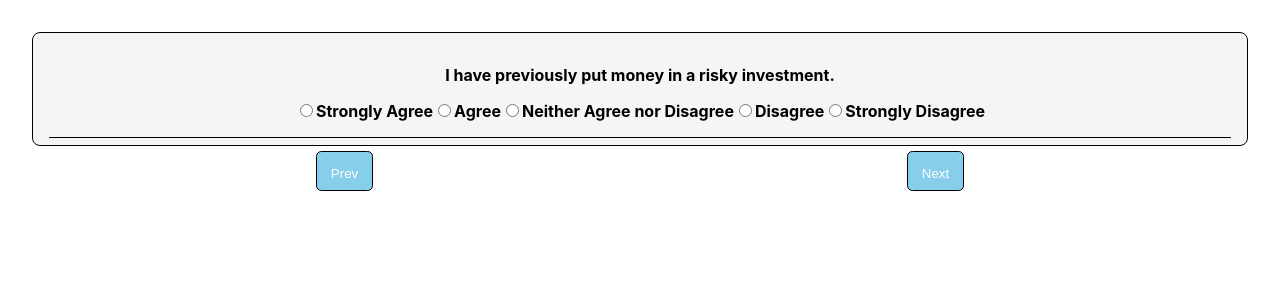
Repository: TheRungtaLibrary/survey
Page: /steps/1
These files come from the project's save history. The page is drawn as it stood at one moment and after the next save; the edit follows.
The browser window is 1280 px wide. The pictures show the whole page.
The project was rebuilt for these pictures with package versions that can differ from the ones it lists, and the page was loaded fresh each time. Also part of the build but not shown: src/components/Steps/Intro/Intro.js, src/components/Steps/Step2/Step2.js, src/components/Steps/Step3/Step3.js, src/components/Steps/Step4/Step4.js, src/components/Steps/Summary/Summary.scss, src/components/Steps/Summary/Summary.js.

Above is the page before, as saved 2020-06-15 17:14:39.

### src/App.js
import React from 'react';
import {
  BrowserRouter as Router,
  Switch,
  Route
} from "react-router-dom";
import "./App.scss";
import {SurveyProvider} from "./contexts/SurveyContext";
import Steps from "./components/Steps/Steps";


function App() {
  return (
    <div className="app">
      <Router>
        <Switch>
          <Route path="/">
            <SurveyProvider>
              <Steps />
            </SurveyProvider>
          </Route>
        </Switch>
      </Router>
    </div>
  );

}

export default App;

### src/App.scss
.App {
  text-align: center;
}
.panel {
  background-color: hsl(0, 0%, 95%);
  border-radius: .5rem;
  border: solid 1px black;
  padding: 2rem;
  margin: 2rem;
  background: #f5f5f5;
  font-weight: bold;
  align-items: center;
}

.input-container{
  flex-grow:1;
  padding: 1rem;
  text-align: center;
  flex-direction: column;
  height: auto;
}

.input-container input{
  padding: .5rem .75rem;
  border: solid 1px black;
  border-radius: .15rem;
  text-align: center;
}

.nav-footer {
width: 100%;
display: flex;
border-top: solid 1px black;
margin-top: 1em;
div {
  width: 50%;
}
}

button {
width: auto;
height: 3em;
padding: 1em;
margin-top: 1em;
color: white;
background: skyblue;
border: solid 1px #000;
border-radius: 0.4em;
box-shadow: none;
&:hover {
  color: skyblue;
  background: white;
}
}

ul {
text-align: center;
list-style: none;
color: blue;
& li {
  margin-top: 1em;
}
}

@media screen and (max-width: 580px) and (min-width: 375px) {
  .input-container {
   display: flex;
   flex-flow: column nowrap;
   justify-content: space-around;
   align-items: center;
}
}

.App-link {
  color: #61dafb;
}

@keyframes App-logo-spin {
  from {
    transform: rotate(0deg);
  }
  to {
    transform: rotate(360deg);
  }
}

### src/contexts/SurveyContext.js
import React from "react";
const SurveyContext = React.createContext(null);
export const SurveyConsumer = SurveyContext.Consumer;

/**
 * Survey Context
 * @constructor
 */
export function SurveyProvider({children}) {
    const [info, setInfo] = React.useState([]);
    let [currentStep, setCurrentStep] = React.useState(-1);

    const setSurveyData = ([key,value])  => {
        const objIndex = info.findIndex(obj => {
            return obj[key] !== undefined;
        })

        if(objIndex > -1) {
            const updatedObj = { ...info[objIndex], [key]: value};
            setInfo([ ...info.slice(0, objIndex),updatedObj,...info.slice(objIndex + 1)]);
        }
        else {
            setInfo([...info, {[key]: value}]);
        }

        setCurrentStep(++currentStep);
    }

    const getSurveyData = () => {
        return info;
    };

    const decreaseSurveyStep = ()  => {
        setCurrentStep(--currentStep);
    }

    const increaseSurveyStep = () => {
        setCurrentStep(++currentStep);
    };

    const getCurrentStep = () => {
        return currentStep;
    };

    const resetCurrentStep = () => {
        setCurrentStep(-1);
        setInfo([]);
    };

    const getRiskLevels = async () => {
        const url = new URL('http://localhost:2000/risklevels');
        const response = await fetch(url);
        const jsonData = await response.json();

        return jsonData;
      }

    const surveyContextValue = {
        getSurveyData,
        setSurveyData,
        increaseSurveyStep,
        decreaseSurveyStep,
        getCurrentStep,
        currentStep,
        resetCurrentStep,
        getRiskLevels
    }

    return (
        <SurveyContext.Provider value={surveyContextValue}>
			{children}
		</SurveyContext.Provider>
    );
}

export default SurveyContext;

### src/components/Steps/Steps.js
import React from 'react';
import {BrowserRouter as Router, Route, Switch} from 'react-router-dom';
import Intro from './Intro/Intro';
import Step1 from './Step1/Step1';
import Step2 from './Step2/Step2';
import Step3 from './Step3/Step3';
import Step4 from './Step4/Step4';
import Summary from './Summary/Summary';

/**
* This is the functional component for Home
* @constructor
*/
function Steps(){

	return (
		<Router>
			<div>
                <Switch>
                    <Route exact path='/' component={Intro} />
                    <Route exact path='/intro' component={Intro} />
                    <Route exact path='/steps/1' component={Step1} />
                    <Route exact path="/steps/2" component={Step2} />
                    <Route exact path="/steps/3" component={Step3} />
                    <Route exact path="/steps/4" component={Step4} />
                    <Route exact path="/steps/5" component={Summary} />
                </Switch>
			</div>
		</Router>
	);
}

export default Steps;

### src/components/Steps/Step1/Step1.js
import React from 'react';
import {useHistory} from 'react-router-dom';
import './Step1.scss'
import SurveyContext from '../../../contexts/SurveyContext';

/**
 * Step1 component
 */
const Step1 = () => {
  const [q1, setQ1] = React.useState("");
  const surveyContext = React.useContext(SurveyContext);
  const history = useHistory();

  /**
   * Handler for form submit event
   */
  const onSubmit = () => {
    surveyContext.setSurveyData(['Q1',q1])
    history.push('/steps/2');
  }

  /**
   * Click Handler for Prev button
   */
  const onPrev = () => {
    surveyContext.decreaseSurveyStep();
    history.push("/steps/0");
  }

  /**
   * onChange Handler for input field
   * @param {Event} event
   */
  const handleOptionChange = (event) => {
    setQ1(event.target.value);
  }

    return (
      <form onSubmit={onSubmit} className="input-container panel">
        <p>
          <label>I have previously put money in a risky investment.</label></p>
        <div>
          <input
            type="radio"
            name="q1"
            value="2"
            onChange={handleOptionChange}
          />
          <label>Strongly Agree</label>

          <input
            type="radio"
            name="q1"
            value="1"
            onChange={handleOptionChange}
            />
          <label>Agree</label>

          <input
            type="radio"
            name="q1"
            value="0"
            onChange={handleOptionChange}
            />
          <label>Neither Agree nor Disagree</label>

          <input
            type="radio"
            name="q1"
            value="-1"
            onChange={handleOptionChange}
            />
          <label>Disagree</label>

          <input
            type="radio"
            name="q1"
            value="-2"
            onChange={handleOptionChange}
            />
          <label>Strongly Disagree</label>
        </div>
        <div className="nav-footer">
          <div>
            <button onClick={onPrev} disabled>Prev</button>
          </div>
          <div>
            <button type="submit" disabled={q1===""}>Next</button>
          </div>
        </div>
      </form>
    );
}

export default Step1;

### src/components/Steps/Intro/Intro.scss
.panel {
    background-color: hsl(0, 0%, 95%);
    border-radius: .5rem;
    border: solid 1px black;
    padding: 2rem;
    margin: 2rem;
    background: #f5f5f5;
    font-weight: bold;
    align-items: center;
  }

.input-container{
    flex-grow:1;
    padding: 1rem;
    text-align: center;
    flex-direction: column;
    height: auto;
}

.input-container input{
    padding: .5rem .75rem;
    border: solid 1px black;
    border-radius: .15rem;
    text-align: center;
}

.nav-footer {
  width: 100%;
  display: flex;
  border-top: solid 1px black;
  margin-top: 1em;
  div {
    width: 50%;
  }
}

button {
  width: auto;
  height: 3em;
  padding: 1em;
  margin-top: 1em;
  color: white;
  background: skyblue;
  border: solid 1px #000;
  border-radius: 0.4em;
  box-shadow: none;
  &:hover {
    color: skyblue;
    background: white;
  }
}

ul {
  text-align: center;
  list-style: none;
  color: blue;
  & li {
    margin-top: 1em;
  }
}

@media screen and (max-width: 580px) and (min-width: 375px) {
    .input-container {
     display: flex;
     flex-flow: column nowrap;
     justify-content: space-around;
     align-items: center;
  }
}

### src/components/Steps/Step1/Step1.scss
.panel {
    background-color: hsl(0, 0%, 95%);
    border-radius: .5rem;
    height: 5rem;
    border: solid 1px black;
    padding: 2rem;
    margin: 2rem;
    background: #f5f5f5;
    font-weight: bold;
    align-items: center;
  }

.input-container{
  display: flex;
  flex-direction: column;
  text-align: center;
}

.input-container input{
    padding: .5rem .75rem;
    border: solid 1px black;
    border-radius: .15rem;
    text-align: center;
}

.nav-footer {
  width: 100%;
  display: flex;
  border-top: solid 1px black;
  div {
    width: 50%;
  }
}

@media screen and (max-width: 580px) and (min-width: 375px) {
    .calculator-widget {
     display: flex;
     flex-flow: column nowrap;
     justify-content: space-around;
     align-items: center;
  }

  .panel{
    height: 10rem;
  }
}

### src/components/Steps/Step2/Step2.scss
.calculator-widget{
    display: flex;
    flex-direction: row nowrap;
}

.panel {
    background-color: hsl(0, 0%, 95%);
    border-radius: .5rem;
    height: 5rem;
    border: solid 1px black;
    padding: 2rem;
    margin: 2rem;
    background: #f5f5f5;
    font-weight: bold;
    align-items: center;
  }

.input-container{
    flex-grow:1;
    padding: 1rem;
    text-align: center;
}

.input-container input{
    padding: .5rem .75rem;
    border: solid 1px black;
    border-radius: .15rem;
    text-align: center;
}

@media screen and (max-width: 580px) and (min-width: 375px) {
    .calculator-widget {
     display: flex;
     flex-flow: column nowrap;
     justify-content: space-around;
     align-items: center;
  }

  .panel{
    height: 10rem;
  }
}

### src/components/Steps/Step3/Step3.scss
.calculator-widget{
    display: flex;
    flex-direction: row nowrap;
}

.panel {
    background-color: hsl(0, 0%, 95%);
    border-radius: .5rem;
    height: 5rem;
    border: solid 1px black;
    padding: 2rem;
    margin: 2rem;
    background: #f5f5f5;
    font-weight: bold;
    align-items: center;
  }

.input-container{
    flex-grow:1;
    padding: 1rem;
    text-align: center;
}

.input-container input{
    padding: .5rem .75rem;
    border: solid 1px black;
    border-radius: .15rem;
    text-align: center;
}

@media screen and (max-width: 580px) and (min-width: 375px) {
    .calculator-widget {
     display: flex;
     flex-flow: column nowrap;
     justify-content: space-around;
     align-items: center;
  }

  .panel{
    height: 10rem;
  }
}

### src/components/Steps/Step4/Step4.scss
.calculator-widget{
    display: flex;
    flex-direction: row nowrap;
}

.panel {
    background-color: hsl(0, 0%, 95%);
    border-radius: .5rem;
    height: 5rem;
    border: solid 1px black;
    padding: 2rem;
    margin: 2rem;
    background: #f5f5f5;
    font-weight: bold;
    align-items: center;
  }

.input-container{
    flex-grow:1;
    padding: 1rem;
    text-align: center;
}

.input-container input{
    padding: .5rem .75rem;
    border: solid 1px black;
    border-radius: .15rem;
    text-align: center;
}

@media screen and (max-width: 580px) and (min-width: 375px) {
    .calculator-widget {
     display: flex;
     flex-flow: column nowrap;
     justify-content: space-around;
     align-items: center;
  }

  .panel{
    height: 10rem;
  }
}

Loaded but not shown: public/index.html (common file); src/index.js (common file); src/index.css (common file); src/serviceWorker.js (common file)

After the next save:
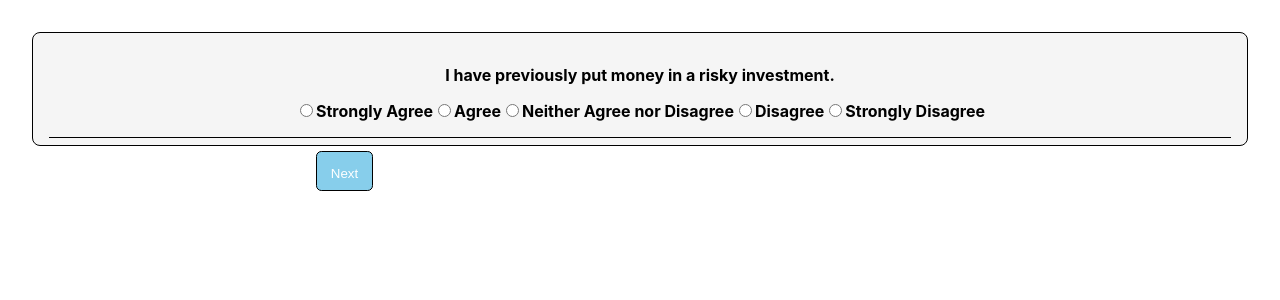
Saved 2 min 58 s later.
--- a/src/components/Steps/Step1/Step1.js
+++ b/src/components/Steps/Step1/Step1.js
@@ -17,14 +17,6 @@ const Step1 = () => {
   const onSubmit = () => {
     surveyContext.setSurveyData(['Q1',q1])
     history.push('/steps/2');
-  }
-
-  /**
-   * Click Handler for Prev button
-   */
-  const onPrev = () => {
-    surveyContext.decreaseSurveyStep();
-    history.push("/steps/0");
   }
 
   /**
@@ -82,9 +74,6 @@ const Step1 = () => {
         </div>
         <div className="nav-footer">
           <div>
-            <button onClick={onPrev} disabled>Prev</button>
-          </div>
-          <div>
             <button type="submit" disabled={q1===""}>Next</button>
           </div>
         </div>
